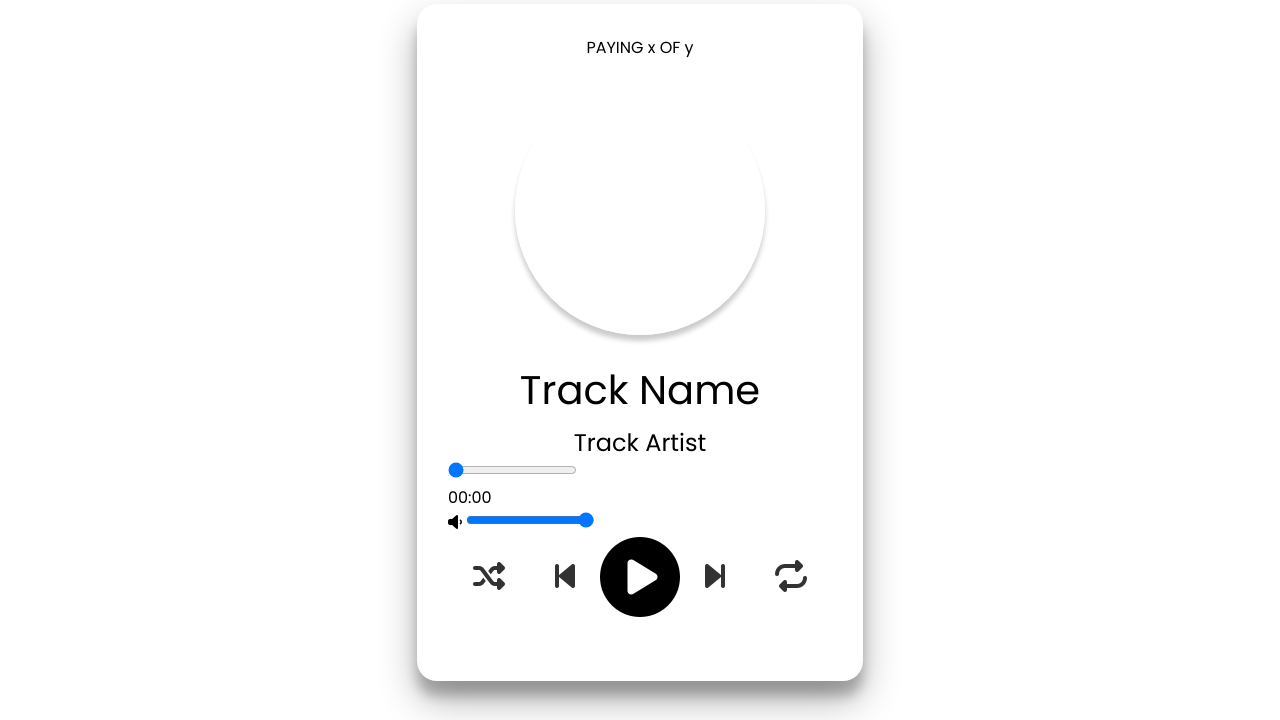
Repository: NguyenVietPhuQuy/Javascript-AudioPlayer
Page: index.html
The author's editor kept a copy of each file at every save. The page is drawn from the files as they stood at one save, then again after the next save.
The browser window is 1280 px wide. The pictures show the whole page.

Above is the page before, as saved 2022-11-09 08:36:59.

After the next save:
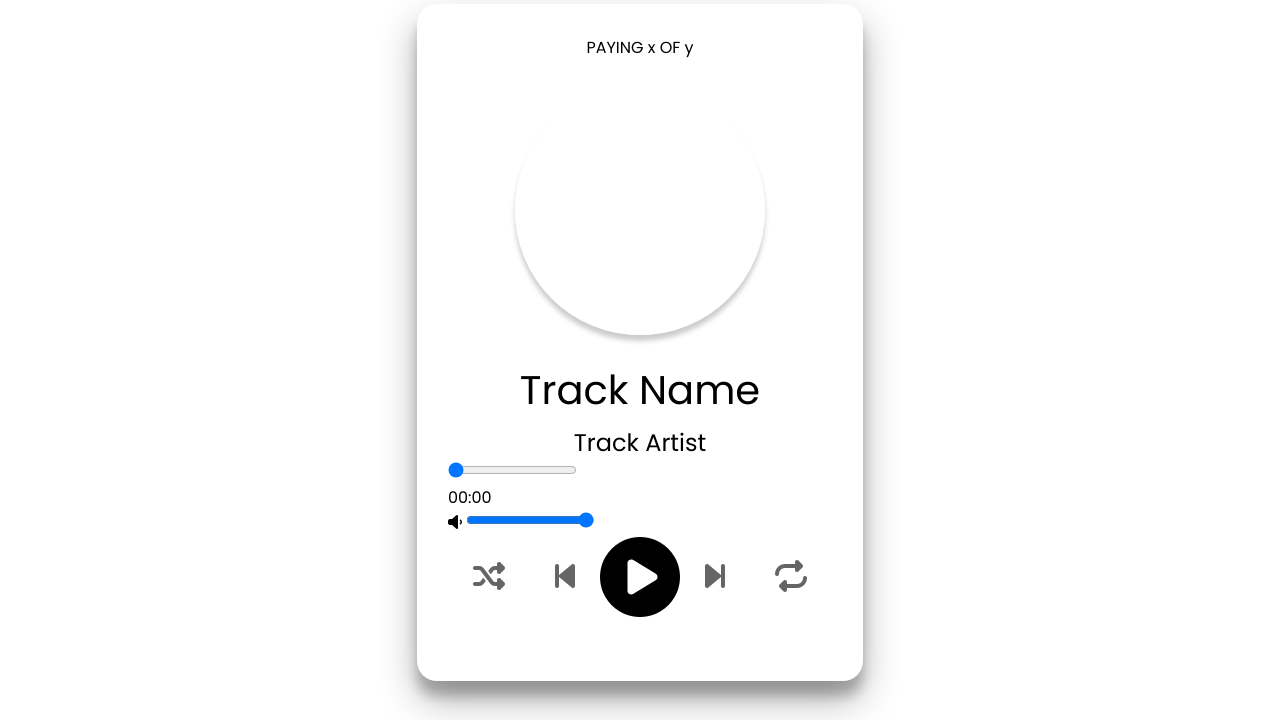
Saved 53 s later.
--- a/index.css
+++ b/index.css
@@ -63,7 +63,7 @@ img{
 ,.prev-track
 ,.next-track{
     padding: 25px;
-    opacity: 0.8;
+    opacity: 0.6;
     transition: opacity .2s;
 }
 .repeat-track:hover
